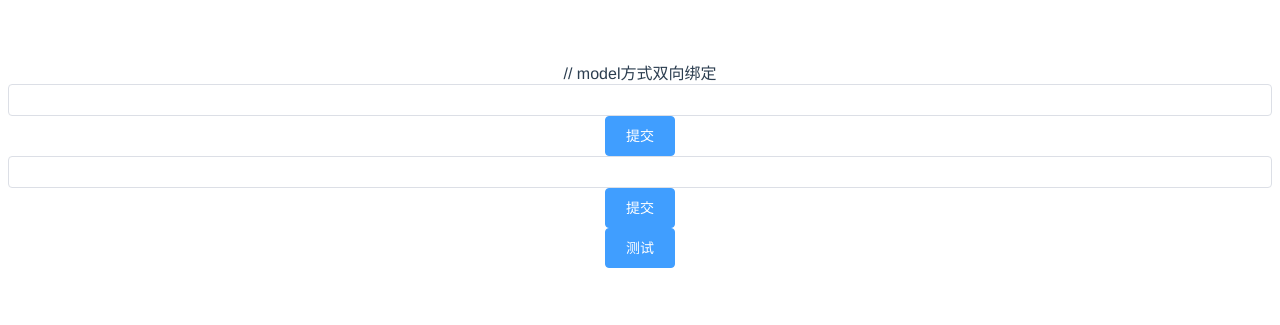
Repository: liuzhilin-lzl/vue-project
Page: /
An editor plug-in stored every save of this project. The page is shown before and after the next save, followed by the edit.
The browser window is 1280 px wide. The pictures show the whole page.
The project was rebuilt for these pictures with package versions that can differ from the ones it lists, and the page was loaded fresh each time.

Above is the page before, as saved 2021-11-20 21:42:13.

### src/main.js
/*
 * @Author: your name
 * @Date: 2021-10-17 12:42:10
 * @LastEditTime: 2021-11-08 17:29:31
 * @LastEditors: Please set LastEditors
 * @Description: In User Settings Edit
 * @FilePath: /vue-project/src/main.js
 */
import Vue from 'vue'
import App from './App.vue'
// import Antd from 'ant-design-vue';
import ElementUI from 'element-ui';
import 'element-ui/lib/theme-chalk/index.css';
// import 'ant-design-vue/dist/antd.css';
import "tailwindcss/tailwind.css"


Vue.config.productionTip = false;

// Vue.use(Antd);
Vue.use(ElementUI);

Vue.config.productionTip = false

new Vue({
	render: h => h(App),
}).$mount('#app')

### src/App.vue
<template>
  <div id="app">
    <Preview/>
  </div>
</template>
<script>
import Preview from '@/view/Preview'


export default {
  name: 'App',
  components: {
    Preview
  }
}
</script>

<style>
#app {
  font-family: Avenir, Helvetica, Arial, sans-serif;
  -webkit-font-smoothing: antialiased;
  -moz-osx-font-smoothing: grayscale;
  text-align: center;
  color: #2c3e50;
  margin-top: 60px;
}
</style>

### src/view/Preview.vue
<!--
 * @Author: your name
 * @Date: 2021-10-28 11:16:55
 * @LastEditTime: 2021-11-20 21:41:53
 * @LastEditors: Please set LastEditors
 * @Description: In User Settings Edit
 * @FilePath: /vue-project/src/view/Preview.vue
-->
<template>
	<div>
		<!-- <h1>通过npm npm i -s area-data</h1> -->
		<!-- <al-cascader v-model="resArr" level="3" data-type="all" size="large" @input="selectArea" />
		<h1>通过 json</h1>
		<Cascader @change="selectArea1" :default-value="defaultArea" />
		<Cascader2 @change="selectArea1" :default-value="defaultArea" />
		<el-button @click="dialogVisible = true">测试</el-button>
		<el-dialog title="提示" :visible.sync="dialogVisible" width="30%">
			<TinymceModal class="component"></TinymceModal>
		</el-dialog> -->
		<!-- <TinymceModal class="component"></TinymceModal> -->
		<!-- <CheckBoxModal v-model="checkValue"></CheckBoxModal> -->
		// model方式双向绑定
		<inputModal :changeValue.sync='text' ></inputModal>
		<inputModal :changeValue.sync='text' ></inputModal>
		<el-button type="primary" @click="onClick">测试</el-button>
	</div>
</template>
<script>
// import AlCascader from '../components/Cascader.vue';
// import Cascader from '@/components/cascader/Cascader.vue';
// import Cascader2 from '@/components/cascader/ant-design-vue';
// import TinymceModal from '@/components/tinymceModal/TinymceModal';
// import CheckBoxModal from '@/components/selectModal/checkBoxModal';
import inputModal from '@/components/selectModal/InputModal';

export default {
	name: 'App',
	components: {
		// AlCascader,
		// Cascader,
		// Cascader2,
		// TinymceModal,
		// CheckBoxModal,
		inputModal
	},
	data() {
		return {
			resArr: [],
			defaultArea: '',
			dialogVisible: false,
			checkValue: '',
			text: ''
		};
	},
	methods: {
		selectArea() {
			console.log(this.resArr);
		},
		selectArea1(selectedArea) {
			console.log(selectedArea);
		},
		onClick() {
			console.log(this.text);
		}
	},
};
</script>

<style>
#app {
	text-align: center;
	font-size: 16px;
}
</style>

### src/components/selectModal/InputModal.vue
<!--
 * @Author: your name
 * @Date: 2021-11-20 20:09:35
 * @LastEditTime: 2021-11-20 21:39:52
 * @LastEditors: Please set LastEditors
 * @Description: 打开koroFileHeader查看配置 进行设置: https://github.com/OBKoro1/koro1FileHeader/wiki/%E9%85%8D%E7%BD%AE
 * @FilePath: /vue-project/src/components/selectModal/InputModal.vue
-->

<template>
  <div>
    <el-input size="small" v-model="value" ></el-input>
    <el-button type="primary" @click=updateVal>提交</el-button>
  </div>
</template>
<script>
export default {
  // model: {
  //   prop: 'defaultValue',
  //   event: 'changeValue'
  // },
  props: {
    defaultValue: {
      type: String,
      default: ''
    }
  },
  data() {
    return {
      value: ''
    };
  },
  methods: {
    updateVal(){
      this.$emit('update:changeValue',this.value)
    }
  }
};
</script>

Loaded but not shown: public/index.html (common file)

After the next save:
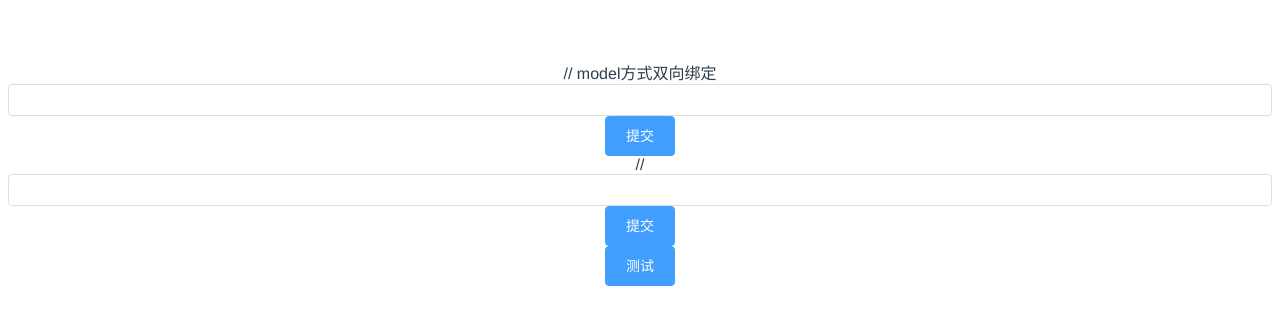
Saved 4 s later.
--- a/src/view/Preview.vue
+++ b/src/view/Preview.vue
@@ -21,6 +21,7 @@
 		<!-- <CheckBoxModal v-model="checkValue"></CheckBoxModal> -->
 		// model方式双向绑定
 		<inputModal :changeValue.sync='text' ></inputModal>
+		//
 		<inputModal :changeValue.sync='text' ></inputModal>
 		<el-button type="primary" @click="onClick">测试</el-button>
 	</div>
